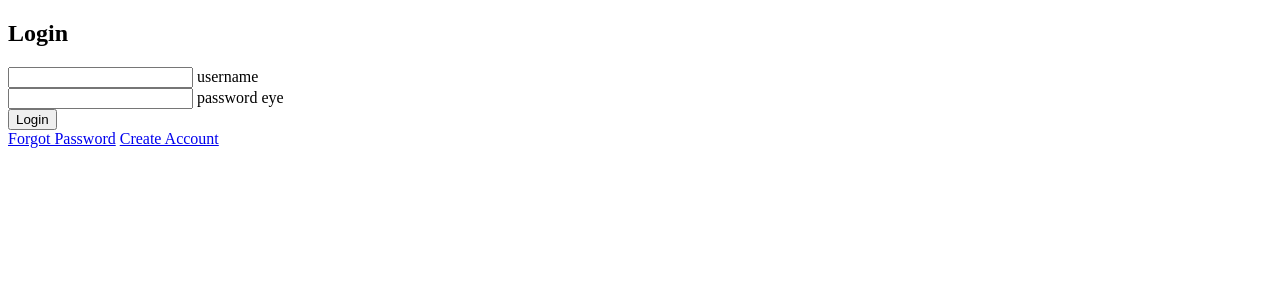
Repository: wingming07/Agro_mart
Page: login/login.html
These files come from the project's save history. The page is drawn as it stood at one moment and after a run of saves; the edit follows.
The browser window is 1280 px wide. The pictures show the whole page.

Above is the page before, as saved 2025-06-10 16:54:28.

After the next 2 saves:
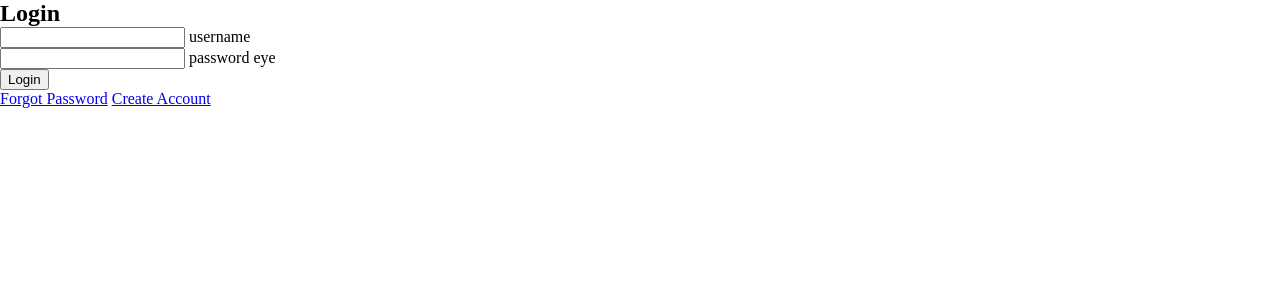
The 2 saves are shown as one change because they came seconds apart.
The last was saved 8 s later.
--- a/login/style.css
+++ b/login/style.css
@@ -1,4 +1,4 @@
 @import url('https://fonts.googleapis.com/css2? family=poppins:wght@400;600&display=swap');
 *{
-    margin=
+    margin:0;
 }

After the save that followed:
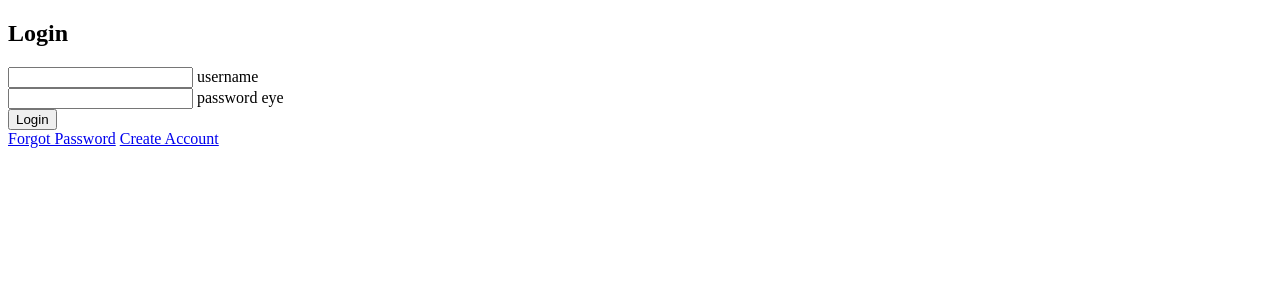
Saved 23 s later.
--- a/login/style.css
+++ b/login/style.css
@@ -1,4 +1,4 @@
 @import url('https://fonts.googleapis.com/css2? family=poppins:wght@400;600&display=swap');
 *{
-    margin:0;
+    margin:;
 }
